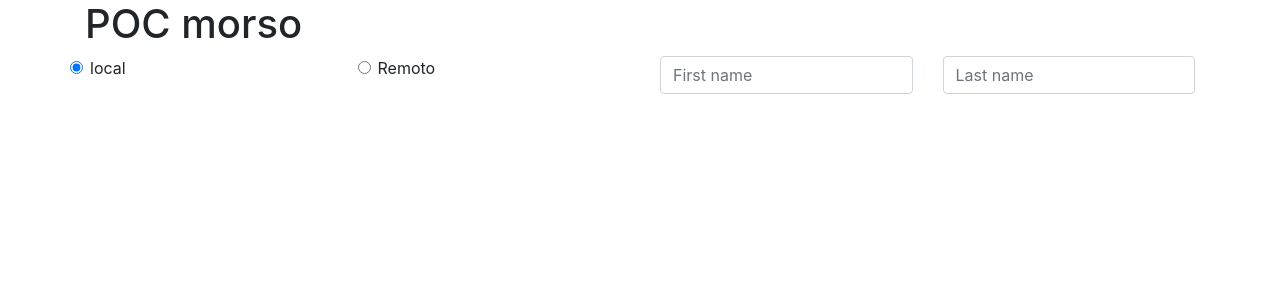
Repository: marisaoliva/poc-execute-cmd
Page: index.html
The author's editor kept a copy of each file at every save. The page is drawn from the files as they stood at one save, then again after the next save.
The browser window is 1280 px wide. The pictures show the whole page.

Above is the page before, as saved 2019-03-01 14:52:16.

### index.html
<html>
    <head>
        <link rel="stylesheet" href="https://stackpath.bootstrapcdn.com/bootstrap/4.3.1/css/bootstrap.min.css" integrity="sha384-ggOyR0iXCbMQv3Xipma34MD+dH/1fQ784/j6cY/iJTQUOhcWr7x9JvoRxT2MZw1T" crossorigin="anonymous">
    </head>
    <body>
        <div class='container'>
            <h1>POC morso</h1>
              <form>
                <div class="row">
                    <div class="form-check col">
                        <input class="form-check-input" type="radio" name="exampleRadios" id="exampleRadios1" value="option1" checked>
                        <label class="form-check-label" for="exampleRadios1">
                                local
                        </label>
                    </div>
                    <div class="form-check col">
                        <input class="form-check-input" type="radio" name="exampleRadios" id="exampleRadios2" value="option2">
                        <label class="form-check-label" for="exampleRadios2">
                        Remoto
                        </label>
                    </div>
                    <div class="col">
                        <input type="text" class="form-control" placeholder="First name">
                    </div>
                    <div class="col">
                        <input type="text" class="form-control" placeholder="Last name">
                    </div>

                </div>
              </form>
        </div>
    </body>
</html>

After the next save:
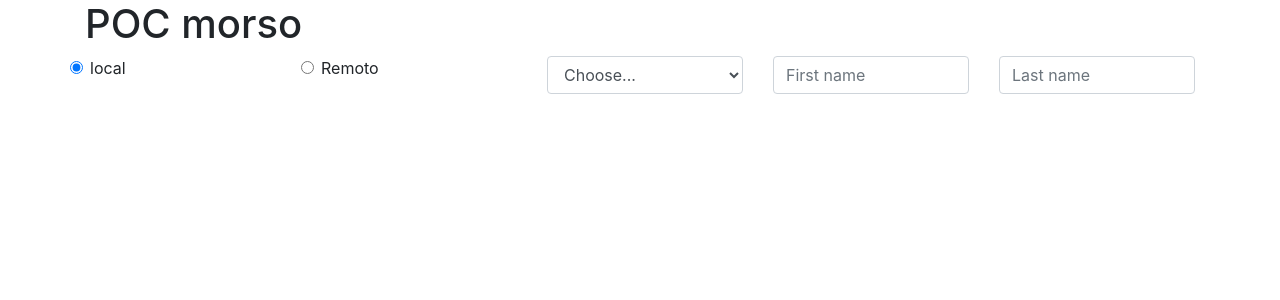
Saved 68 s later.
--- a/index.html
+++ b/index.html
@@ -19,6 +19,12 @@
                         Remoto
                         </label>
                     </div>
+                    <div class='col'>
+                        <select id="inputState" class="form-control">
+                            <option selected>Choose...</option>
+                            <option>...</option>
+                        </select>
+                    </div>
                     <div class="col">
                         <input type="text" class="form-control" placeholder="First name">
                     </div>
